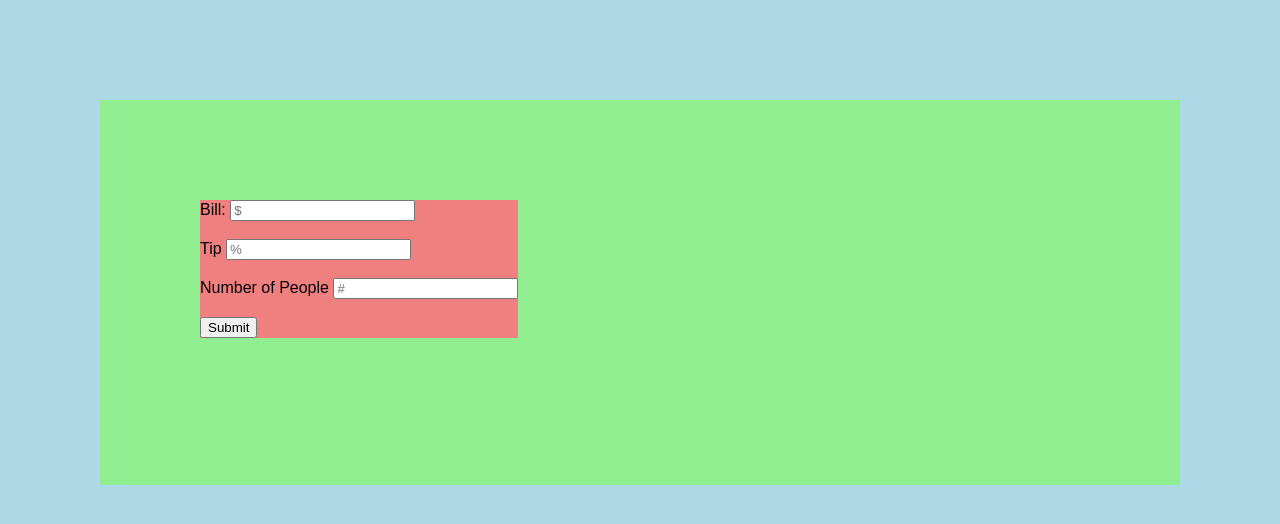
Repository: SamirIngley/Tip-Calculator
Page: tip_display.html
The author's editor kept a copy of each file at every save. The page is drawn from the files as they stood at one save, then again after the next save.
The browser window is 1280 px wide. The pictures show the whole page.

Above is the page before, as saved 2020-02-13 08:10:40.

After the next save:
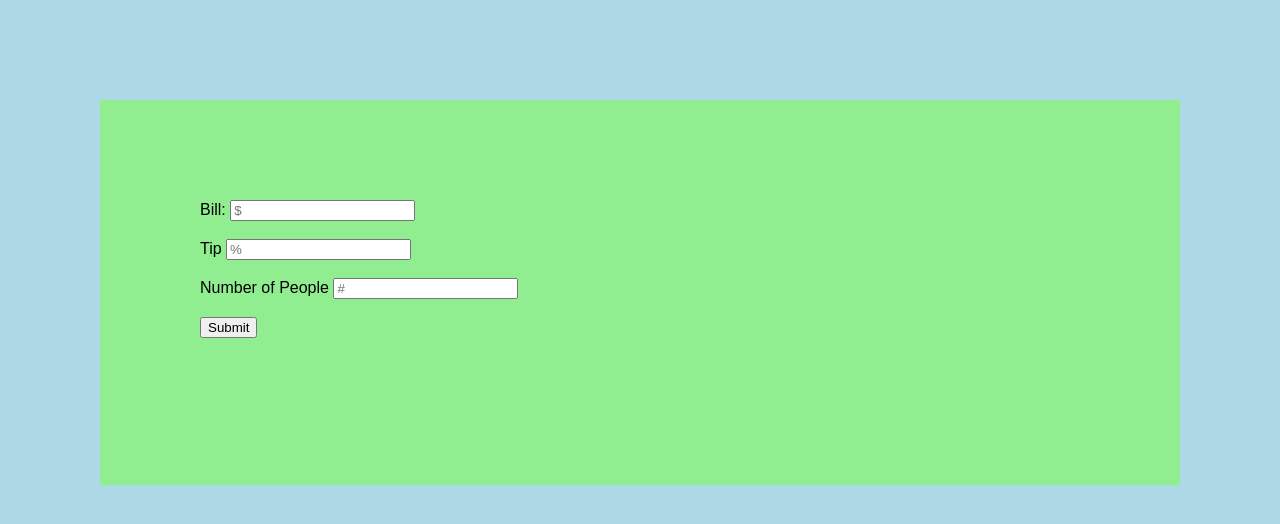
Saved 14 s later.
--- a/style.css
+++ b/style.css
@@ -24,9 +24,6 @@ div.main-content {
     margin: 100px;
 }
 
-.form {
-    background-color: lightcoral;
-}
 
 .bill {
     grid-area: b;
